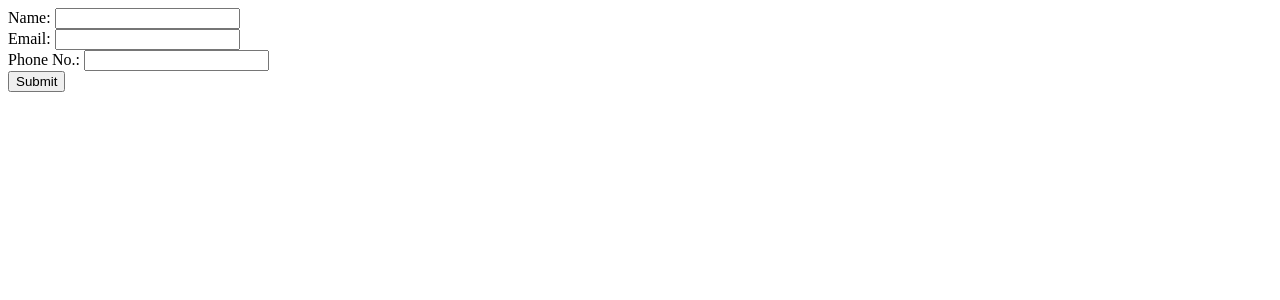
Repository: kua23/springboot
Page: amazon/amazon/src/main/resources/static/index.html
An editor plug-in stored every save of this project. The page is shown before and after the next save, followed by the edit.
The browser window is 1280 px wide. The pictures show the whole page.

Above is the page before, as saved 2025-04-14 00:46:27.

### amazon/amazon/src/main/resources/static/index.html
<!DOCTYPE html>
<html>
<head>
<meta charset="UTF-8">
<title>Amazon.com</title>
</head>
<body>
<form action="/customers" method = "POST">
	<label for="message"> Name: </label>
	<input type="text" id="name" name="name"><br>
	<label for="message"> Email: </label>
	<input type="email" id="email" name="email"><br>
	<label for="message"> Phone No.: </label>
	<input type="number" id="phoneNumber" name="phoneNumber"><br>
	<button type="Submit">Submit</button>
</form>
</body>
</html>

After the next save:
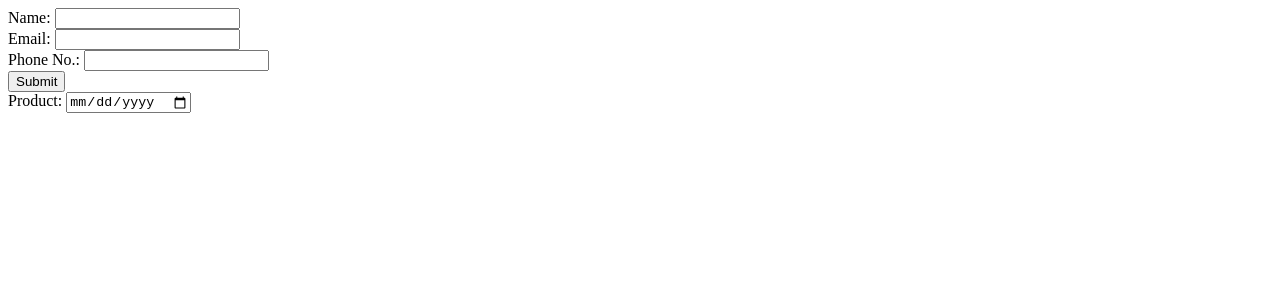
Saved 3 min 20 s later.
--- a/amazon/amazon/src/main/resources/static/index.html
+++ b/amazon/amazon/src/main/resources/static/index.html
@@ -14,5 +14,11 @@
 	<input type="number" id="phoneNumber" name="phoneNumber"><br>
 	<button type="Submit">Submit</button>
 </form>
+
+<form action="/orders" method = "POST">
+	<label for="message">Product:</label>
+	<input type="date" input="product" name="product">
+
+</form>
 </body>
 </html>
